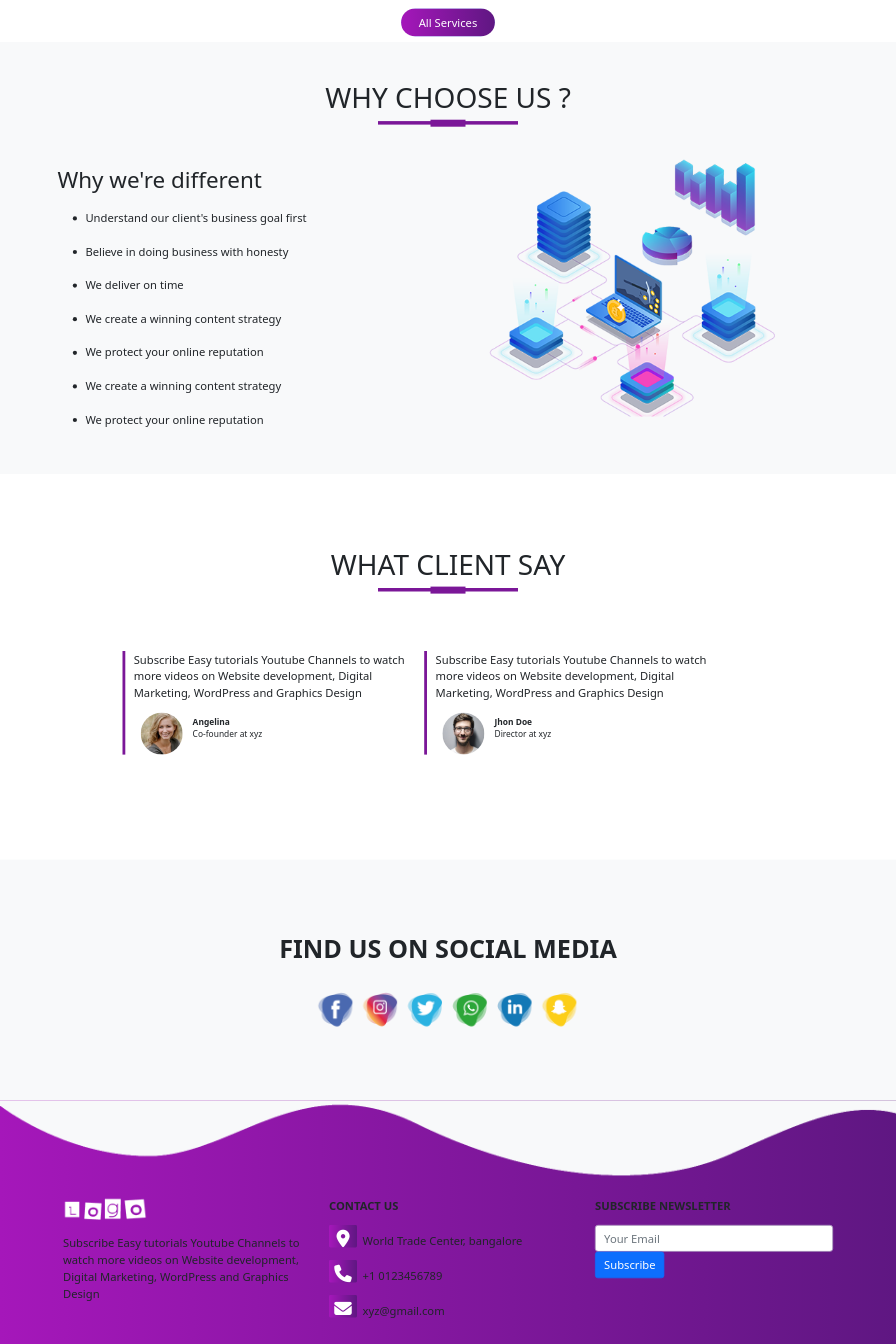
Repository: wadelfadill/Bootstrap_tache_2_website_design
Page: index.html
An editor plug-in stored every save of this project. The page is shown before and after the next save, followed by the edit.
The browser window is 1280 px wide. The pictures show the part of the page from y = 1220 to 3140 px (the page is 3140 px tall), at 70% of full size.
Some web libraries are served in a nearby version.

Above is the page before, as saved 2023-04-05 18:55:03.

### index.html
<!DOCTYPE html>
<html lang="en">
<head>
    <meta charset="UTF-8">
    <meta http-equiv="X-UA-Compatible" content="IE=edge">
    <meta name="viewport" content="width=device-width, initial-scale=1.0">
    <!-- bootstrap css link -->
    <link href="https://cdn.jsdelivr.net/npm/bootstrap@5.1.3/dist/css/bootstrap.min.css" rel="stylesheet" integrity="sha384-1BmE4kWBq78iYhFldvKuhfTAU6auU8tT94WrHftjDbrCEXSU1oBoqyl2QvZ6jIW3" crossorigin="anonymous">
    <!-- css sheet link -->
    <link rel="stylesheet" href="style.css">
    <!-- fontawsome link -->
    <link rel="stylesheet" href="https://cdn.jsdelivr.net/npm/@fortawesome/fontawesome-free@6.2.1/css/fontawesome.min.css">
    <title>bootstrap_website_design</title>
    <script src="https://kit.fontawesome.com/8f130c8a35.js" crossorigin="anonymous"></script>
</head>
<body>
    <section id="nav-bar" class="sticky-top t-0">
        <nav class="navbar navbar-expand-lg navbar-light p-0">
            <div class="container-fluid">
              <a class="navbar-brand" href="#"><img src="images/demo-logo.png" alt="" class="w-75 h-50 p-2"></a>
              <button class="navbar-toggler" type="button" data-bs-toggle="collapse" data-bs-target="#navbarSupportedContent" aria-controls="navbarSupportedContent" aria-expanded="false" aria-label="Toggle navigation">
                <span><i class="fa-solid fa-bars fs-1" style="color: #ffffff;"></i></span>
              </button>
              <div class="collapse navbar-collapse justify-content-end" id="navbarSupportedContent">
                <ul class="navbar-nav ms-auto mb-2 mb-lg-0 ">
                  <li class="nav-item pt-0 pb-1 fw-bold">
                    <a class="nav-link active text-white float-end text-start" aria-current="page" href="#">HOME</a>
                  </li>
                  <li class="nav-item pt-0 pb-1 fw-bold">
                    <a class="nav-link text-white float-end text-start" href="#">SERVICES</a>
                  </li>
                  <li class="nav-item pt-0 pb-1 fw-bold">
                    <a class="nav-link text-white float-end text-start" href="#">ABOUT US</a>
                  </li>
                  <li class="nav-item pt-0 pb-1 fw-bold">
                    <a class="nav-link text-white float-end text-start" href="#">TESTIMONIALS</a>
                  </li>
                  <li class="nav-item pt-0 pb-1 fw-bold">
                    <a class="nav-link text-white float-end text-start" href="#">CONTACT</a>
                  </li>
                </ul>
              </div>
            </div>
          </nav>
    </section>
     <!--banner section  -->
     <section id="banner" class="text-white pt-5">
      <div class="container">
        <div class="row">
          <div class="col-md-6">
            <p class="h2 mt-5">BEST DIGITAL AGENCY</p>
            <p>
              Subscribe Easy tutorials Youtube Channels to watch more videos on
              Website development, Digital Marketing, WordPress and Graphics Design
            </p>
            <a href="" class="tuto text-white text-decoration-none"><img src="images/play.png" alt="" class="play-btn"> Watch tutorials</a>
          </div>
          <div class="col-md-6 text-center">
            <img src="images/home2.png" alt="" class="img-fluid">
          </div>
        </div>
      </div>
     <img src="images/wave1.png" alt="" class="w-100">
     </section>
     <!-- services section -->
     <section id="services" class="pt-5 pb-0">
        <div class="container text-center">
          <h1 class="title text-center">WHAT WE DO ? </h1>
          <div class="row text-center">
            <div class="col-md-4 p-3">
              <img src="images/service1.png" alt="" class="service-img">
              <h4 class="p-2 mt-5 text-uppercase">Growth Marketing</h4>
              <p>
                Subscribe Easy tutorials Youtube Channels to watch more videos on
                Website development, Digital Marketing, WordPress and Graphics Design
              </p>
            </div>
            <div class="col-md-4 p-3">
              <img src="images/service2.png" alt="" class="service-img">
              <h4 class="p-2 mt-5 text-uppercase">Online Branding</h4>
              <p>
                Subscribe Easy tutorials Youtube Channels to watch more videos on
                Website development, Digital Marketing, WordPress and Graphics Design
              </p>
            </div>
            <div class="col-md-4 p-3">
              <img src="images/service3.png" alt="" class="service-img">
              <h4 class="p-2 mt-5 text-uppercase">Animated Ads</h4>
              <p>
                Subscribe Easy tutorials Youtube Channels to watch more videos on
                Website development, Digital Marketing, WordPress and Graphics Design
              </p>
            </div>
          </div>
          <button type="button" class="btn btn-primary mb-2">All Services </button>
        </div>
     </section>
     <!-- about us  -->
     <section id="about-us">
        <div class="container">
          <h1 class="title text-center"> WHY CHOOSE US ?</h1>
          <div class="row">
            <div class="col-md-6">
              <p class="h2 mt-4">Why we're different</p>
              <ul class="ms-2">
                <li class="mt-4 mb-0">Understand our client's business goal first</li>
                <li class="mt-4 mb-0">Believe in doing business with honesty</li>
                <li class="mt-4 mb-0">We deliver on time</li>
                <li class="mt-4 mb-0">We create a winning content strategy</li>
                <li class="mt-4 mb-0">We protect your online reputation</li>
                <li class="mt-4 mb-0">We create a winning content strategy</li>
                <li class="mt-4 mb-0">We protect your online reputation</li>
              </ul>
            </div>
            <div class="col-md-6">
              <img src="images/network.png" alt="" class="img-fluid">
            </div>
          </div>
        </div>
     </section>
     <!-- testimonials section -->
     <section id="testimonials">
      <div class="container">
        <h1 class="title text-center"> WHAT CLIENT SAY</h1>
        <div class="row offset-1">
          <div class="col-md-5 testimonials">
            <p>
              Subscribe Easy tutorials Youtube Channels to watch more videos on
              Website development, Digital Marketing, WordPress and Graphics Design
            </p>
            <img src="images/user1.jpg" alt="">
            <p class="user-details"><b>Angelina</b><br>Co-founder at xyz</p>

          </div>
          <div class="col-md-5 testimonials">
            <p>
              Subscribe Easy tutorials Youtube Channels to watch more videos on
              Website development, Digital Marketing, WordPress and Graphics Design
            </p>
            <img src="images/user2.jpg" alt="">
            <p class="user-details"><b>Jhon Doe</b><br>Director at xyz</p>
          </div>
        </div>
      </div>
     </section>
     <!-- social media section -->
     <section id="social-media">
        <div class="container text-center">
          <p>FIND US ON SOCIAL MEDIA</p>
          <div class="social-icons">
            <a href=""><img src="images/facebook-icon.png" alt=""></a>
            <a href=""><img src="images/instagram-icon.png" alt=""></a>
            <a href=""><img src="images/twitter-icon.png" alt=""></a>
            <a href=""><img src="images/whatsapp-icon.png" alt=""></a>
            <a href=""><img src="images/linkedin-icon.png" alt=""></a>
            <a href=""><img src="images/snapchat-icon.png" alt=""></a>
          </div>

        </div>
     </section>
     <!-- footer section -->
     <section id="footer">
      <img src="images/wave2.png" alt="" class="footer-img">
      <div class="container">
        <div class="row">
          <div class="col-md-4 footer-box">
            <img src="images/demo-logo.png" alt="">
            <p>
              Subscribe Easy tutorials Youtube Channels to watch more videos on
              Website development, Digital Marketing, WordPress and Graphics Design
            </p>

          </div>
          <div class="col-md-4 footer-box">
            <p><b>CONTACT US</b></p>
            <P><i class="fa-solid fa-location-dot" style="color: #ffffff;"></i>World Trade Center, bangalore</P>
            <P><i class="fa-solid fa-phone" style="color: #ffffff;"></i>+1 0123456789</P>
            <P><i class="fa-solid fa-envelope" style="color: #ffffff;"></i>xyz@gmail.com</P>
          </div>
          <div class="col-md-4 footer-box">
            <p><b> SUBSCRIBE NEWSLETTER</b></p>
            <input type="mail" name="" id="" class="form-control" placeholder="Your Email">
            <button type="button" class="btn btn-primary">Subscribe</button>
          </div>
        </div>
      </div>
     </section>


        <!-- bootstrap js link -->
    <script src="https://cdn.jsdelivr.net/npm/bootstrap@5.1.3/dist/js/bootstrap.bundle.min.js" integrity="sha384-ka7Sk0Gln4gmtz2MlQnikT1wXgYsOg+OMhuP+IlRH9sENBO0LRn5q+8nbTov4+1p" crossorigin="anonymous"></script>
</body>
</html>

### style.css
*{
    margin: 0;
    padding: 0;
}
.navbar{
    background-image: linear-gradient(to right, #a517ba, #5f1782);
}
.navbar-toggler{
    outline: none !important;
}
/* Banner section */
#banner{
    background-image: linear-gradient(to right, #a517ba, #5f1782);


}
.play-btn{
    width: 45px;
    margin: 20px;
}
.service-img{
    width: 100px;
    margin-top: 20px;
}
.title::before{
    content: '';
    background: #7b1798;
    height: 5px;
    width: 200px;
    margin-left: auto;
    margin-right: auto;
    display: block;
    transform: translateY(63px);
}
.title::after{
    content: '';
    background: #7b1798;
    height: 10px;
    width: 50px;
    margin-left: auto;
    margin-right: auto;
    margin-bottom: 40px;
    display: block;
    transform: translateY(8px);
}
#services .btn-primary{
    box-shadow: none;
    padding: 8px 25px;
    border-radius: 20px;
    background-image: linear-gradient(to right, #a517ba, #5f1782);
    outline: none;
    border: none;

}
#about-us{
    background: #f8f9fa;
    padding-bottom: 50px;
    padding-top: 50px;
}
/* testimonials section */
#testimonials{
    margin: 100px 0;

}
.testimonials{
    border-left: 4px solid #7b1798;
    margin-top: 50px;
    margin-bottom: 50px;
}
.testimonials img{
    height: 60px;
    width: 60px;
    border-radius: 50%;
    margin: 0 10px;
}
.user-details{
    display: inline-block;
    font-size: 12px;
}
/* social media secion */
#social-media{
    background: #f8f9fa;
    padding: 100px 0;
}
#social-media p{
    font-size: 36px;
    font-weight: 600;
    margin-bottom: 30px;

}
.social-icons img{
    width: 60px;
    transition: 0.5s;
}
.social-icons a:hover img{
    transform: translateY(-10px);
}
/* footer section */
#footer{
    background-image: linear-gradient(to right, #a517ba, #5f1782);
}
.footer-img{
    width: 100%;
}
.footer-box{
    padding: 20px;

}
.footer-box img{
    width: 120px;
    margin-bottom: 20px;
}
.footer-box i{
    margin-right: 8px;
    font-size: 25px;
    width: 40px;
    text-align: center;
    padding-top: 7px;
    border-radius: 2px;
    background-image: linear-gradient(to right, #a517ba, #5f1782);
}

After the next save:
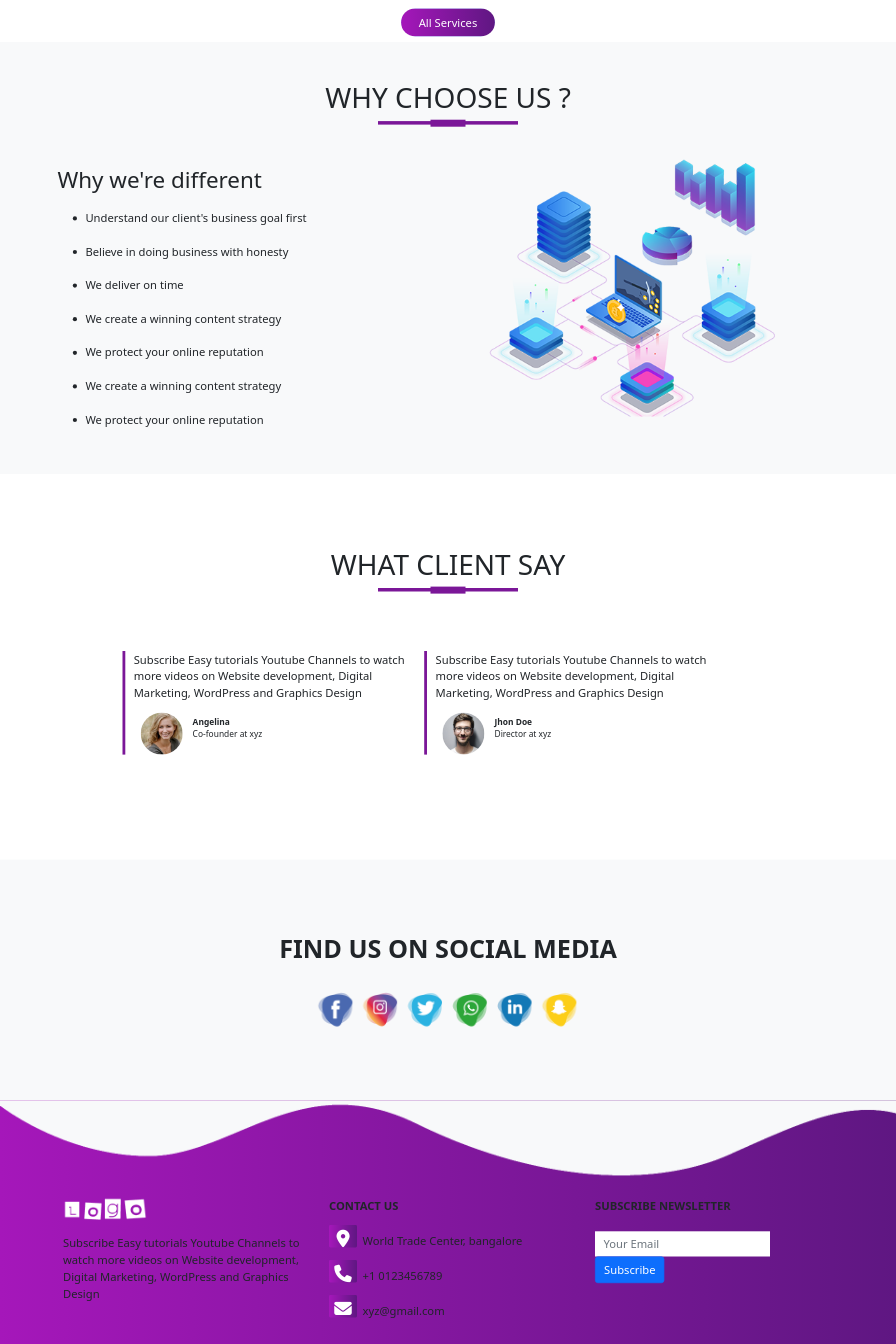
Saved 8 min 40 s later.
--- a/style.css
+++ b/style.css
@@ -110,7 +110,7 @@
     width: 120px;
     margin-bottom: 20px;
 }
-.footer-box i{
+.footer-box .fa-solid{
     margin-right: 8px;
     font-size: 25px;
     width: 40px;
@@ -119,3 +119,10 @@
     border-radius: 2px;
     background-image: linear-gradient(to right, #a517ba, #5f1782);
 }
+.footer-box .form-control{
+    box-shadow: none;
+    border: none;
+    border-radius: 0;
+    margin-top: 25px;
+    max-width: 250px;
+}
